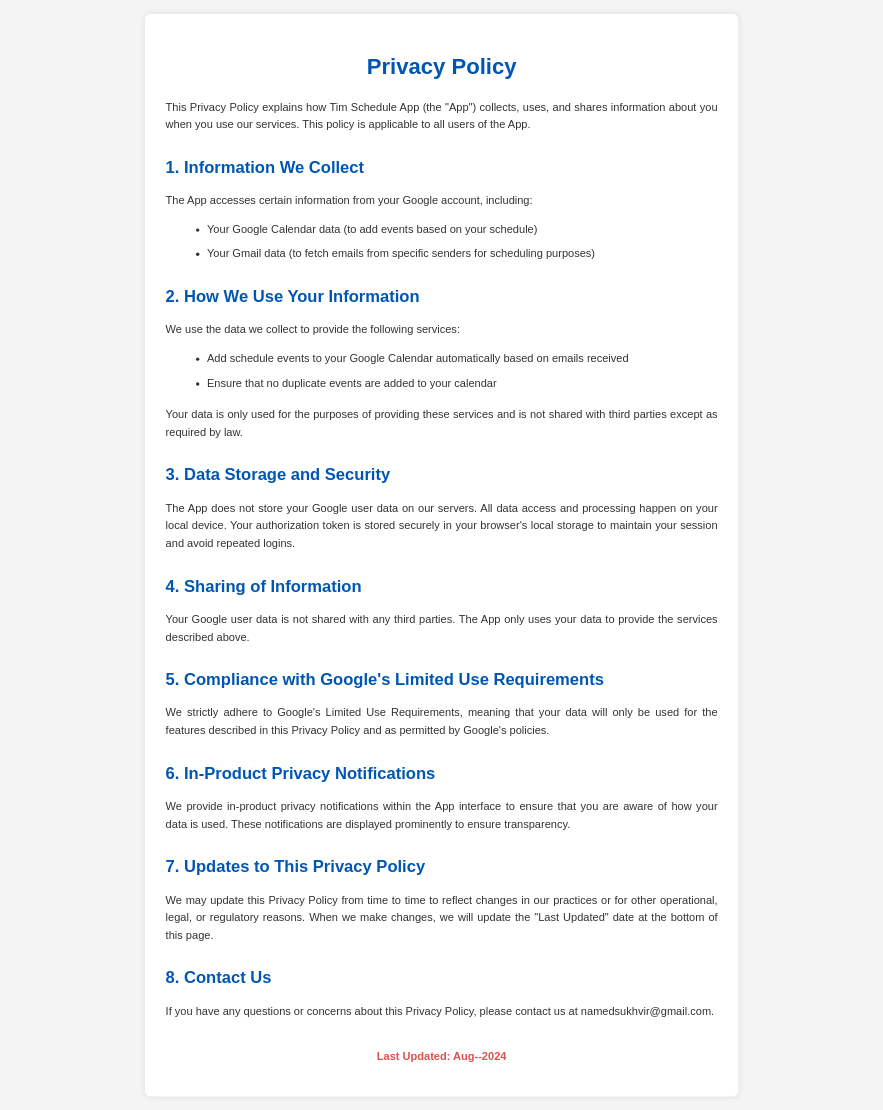
Repository: Sukhvir-Grewal/tim-schadule-app
Page: node_version/public/privacy-policy.html
The author's editor kept a copy of each file at every save. The page is drawn from the files as they stood at one save, then again after the next save.
The browser window is 1280 px wide. The pictures show the whole page, at 69% of full size.

Above is the page before, as saved 2024-08-15 01:53:43.

### node_version/public/privacy-policy.html
<!DOCTYPE html>
<html lang="en">
<head>
    <meta charset="UTF-8">
    <meta name="viewport" content="width=device-width, initial-scale=1.0">
    <title>Privacy Policy</title>
    <style>
        body {
            font-family: 'Arial', sans-serif;
            background-color: #f4f4f4;
            color: #333;
            margin: 0;
            padding: 20px;
            line-height: 1.6;
        }
        h1, h2 {
            color: #0056b3;
            margin-bottom: 10px;
        }
        h1 {
            font-size: 2em;
            text-align: center;
            margin-bottom: 20px;
        }
        h2 {
            font-size: 1.5em;
            margin-top: 30px;
        }
        p {
            margin-bottom: 15px;
            text-align: justify;
        }
        ul {
            margin-bottom: 20px;
        }
        ul li {
            margin-left: 20px;
            margin-bottom: 10px;
        }
        .highlight {
            font-weight: bold;
            color: #d9534f;
            text-align: center;
            margin-top: 40px;
        }
        .container {
            max-width: 800px;
            margin: 0 auto;
            background-color: #fff;
            padding: 30px;
            border-radius: 8px;
            box-shadow: 0 0 10px rgba(0, 0, 0, 0.1);
        }
    </style>
</head>
<body>
    <div class="container">
        <h1>Privacy Policy</h1>
        <p>This Privacy Policy explains how Tim Schedule App (the "App") collects, uses, and shares information about you when you use our services. This policy is applicable to all users of the App.</p>

        <h2>1. Information We Collect</h2>
        <p>The App accesses certain information from your Google account, including:</p>
        <ul>
            <li>Your Google Calendar data (to add events based on your schedule)</li>
            <li>Your Gmail data (to fetch emails from specific senders for scheduling purposes)</li>
        </ul>

        <h2>2. How We Use Your Information</h2>
        <p>We use the data we collect to provide the following services:</p>
        <ul>
            <li>Add schedule events to your Google Calendar automatically based on emails received</li>
            <li>Ensure that no duplicate events are added to your calendar</li>
        </ul>
        <p>Your data is only used for the purposes of providing these services and is not shared with third parties except as required by law.</p>

        <h2>3. Data Storage and Security</h2>
        <p>The App does not store your Google user data on our servers. All data access and processing happen on your local device. Your authorization token is stored securely in your browser's local storage to maintain your session and avoid repeated logins.</p>

        <h2>4. Sharing of Information</h2>
        <p>Your Google user data is not shared with any third parties. The App only uses your data to provide the services described above.</p>

        <h2>5. Compliance with Google's Limited Use Requirements</h2>
        <p>We strictly adhere to Google's Limited Use Requirements, meaning that your data will only be used for the features described in this Privacy Policy and as permitted by Google's policies.</p>

        <h2>6. In-Product Privacy Notifications</h2>
        <p>We provide in-product privacy notifications within the App interface to ensure that you are aware of how your data is used. These notifications are displayed prominently to ensure transparency.</p>

        <h2>7. Updates to This Privacy Policy</h2>
        <p>We may update this Privacy Policy from time to time to reflect changes in our practices or for other operational, legal, or regulatory reasons. When we make changes, we will update the "Last Updated" date at the bottom of this page.</p>

        <h2>8. Contact Us</h2>
        <p>If you have any questions or concerns about this Privacy Policy, please contact us at namedsukhvir@gmail.com.</p>

        <p class="highlight">Last Updated: Aug--2024</p>
    </div>
</body>
</html>

After the next save:
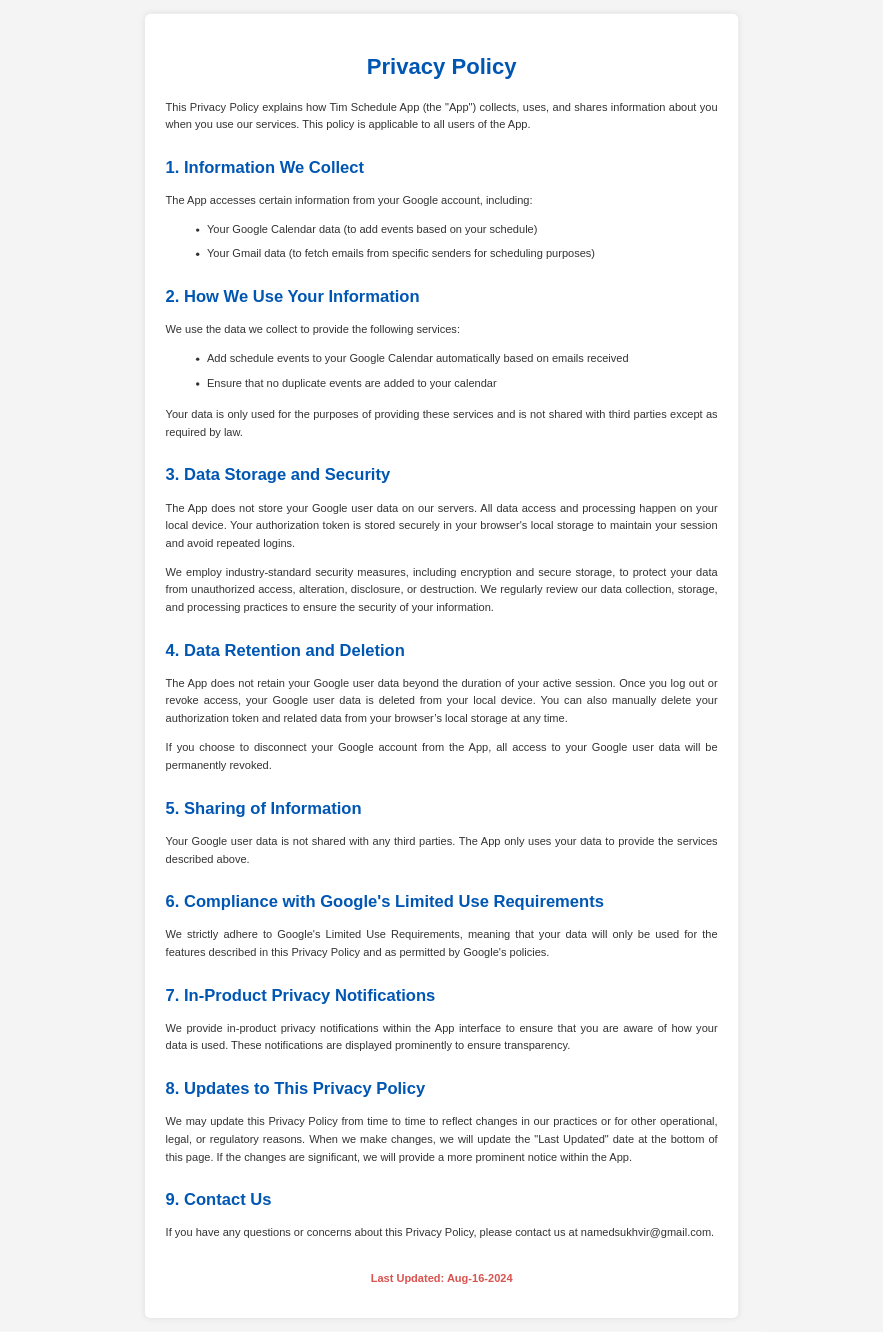
Saved 47 h 50 min later.
--- a/node_version/public/privacy-policy.html
+++ b/node_version/public/privacy-policy.html
@@ -75,23 +75,29 @@
 
         <h2>3. Data Storage and Security</h2>
         <p>The App does not store your Google user data on our servers. All data access and processing happen on your local device. Your authorization token is stored securely in your browser's local storage to maintain your session and avoid repeated logins.</p>
+        <p>We employ industry-standard security measures, including encryption and secure storage, to protect your data from unauthorized access, alteration, disclosure, or destruction. We regularly review our data collection, storage, and processing practices to ensure the security of your information.</p>
 
-        <h2>4. Sharing of Information</h2>
+        <h2>4. Data Retention and Deletion</h2>
+        <p>The App does not retain your Google user data beyond the duration of your active session. Once you log out or revoke access, your Google user data is deleted from your local device. You can also manually delete your authorization token and related data from your browser’s local storage at any time.</p>
+        <p>If you choose to disconnect your Google account from the App, all access to your Google user data will be permanently revoked.</p>
+
+        <h2>5. Sharing of Information</h2>
         <p>Your Google user data is not shared with any third parties. The App only uses your data to provide the services described above.</p>
 
-        <h2>5. Compliance with Google's Limited Use Requirements</h2>
+        <h2>6. Compliance with Google's Limited Use Requirements</h2>
         <p>We strictly adhere to Google's Limited Use Requirements, meaning that your data will only be used for the features described in this Privacy Policy and as permitted by Google's policies.</p>
 
-        <h2>6. In-Product Privacy Notifications</h2>
+        <h2>7. In-Product Privacy Notifications</h2>
         <p>We provide in-product privacy notifications within the App interface to ensure that you are aware of how your data is used. These notifications are displayed prominently to ensure transparency.</p>
 
-        <h2>7. Updates to This Privacy Policy</h2>
-        <p>We may update this Privacy Policy from time to time to reflect changes in our practices or for other operational, legal, or regulatory reasons. When we make changes, we will update the "Last Updated" date at the bottom of this page.</p>
+        <h2>8. Updates to This Privacy Policy</h2>
+        <p>We may update this Privacy Policy from time to time to reflect changes in our practices or for other operational, legal, or regulatory reasons. When we make changes, we will update the "Last Updated" date at the bottom of this page. If the changes are significant, we will provide a more prominent notice within the App.</p>
 
-        <h2>8. Contact Us</h2>
+        <h2>9. Contact Us</h2>
         <p>If you have any questions or concerns about this Privacy Policy, please contact us at namedsukhvir@gmail.com.</p>
 
-        <p class="highlight">Last Updated: Aug--2024</p>
+        <p class="highlight">Last Updated: Aug-16-2024</p>
     </div>
+
 </body>
 </html>

After the save that followed:
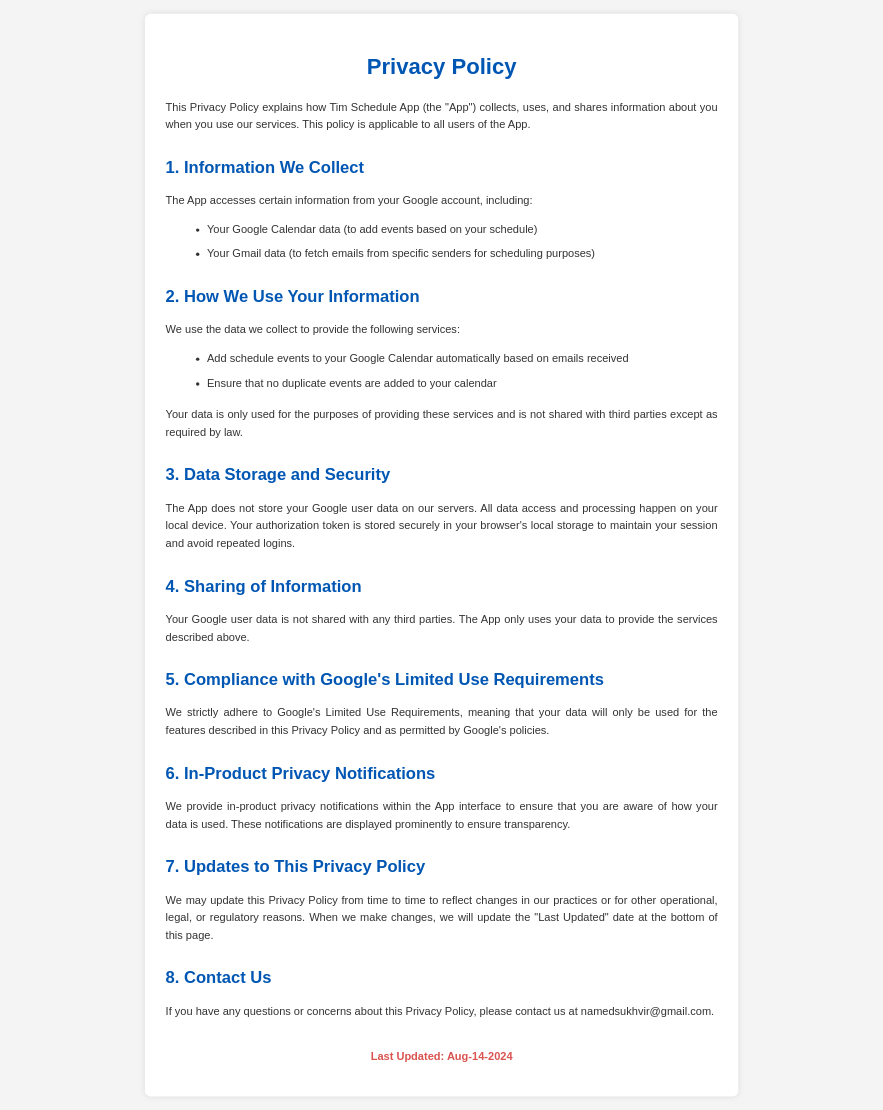
Saved 8 s later.
--- a/node_version/public/privacy-policy.html
+++ b/node_version/public/privacy-policy.html
@@ -75,29 +75,23 @@
 
         <h2>3. Data Storage and Security</h2>
         <p>The App does not store your Google user data on our servers. All data access and processing happen on your local device. Your authorization token is stored securely in your browser's local storage to maintain your session and avoid repeated logins.</p>
-        <p>We employ industry-standard security measures, including encryption and secure storage, to protect your data from unauthorized access, alteration, disclosure, or destruction. We regularly review our data collection, storage, and processing practices to ensure the security of your information.</p>
 
-        <h2>4. Data Retention and Deletion</h2>
-        <p>The App does not retain your Google user data beyond the duration of your active session. Once you log out or revoke access, your Google user data is deleted from your local device. You can also manually delete your authorization token and related data from your browser’s local storage at any time.</p>
-        <p>If you choose to disconnect your Google account from the App, all access to your Google user data will be permanently revoked.</p>
-
-        <h2>5. Sharing of Information</h2>
+        <h2>4. Sharing of Information</h2>
         <p>Your Google user data is not shared with any third parties. The App only uses your data to provide the services described above.</p>
 
-        <h2>6. Compliance with Google's Limited Use Requirements</h2>
+        <h2>5. Compliance with Google's Limited Use Requirements</h2>
         <p>We strictly adhere to Google's Limited Use Requirements, meaning that your data will only be used for the features described in this Privacy Policy and as permitted by Google's policies.</p>
 
-        <h2>7. In-Product Privacy Notifications</h2>
+        <h2>6. In-Product Privacy Notifications</h2>
         <p>We provide in-product privacy notifications within the App interface to ensure that you are aware of how your data is used. These notifications are displayed prominently to ensure transparency.</p>
 
-        <h2>8. Updates to This Privacy Policy</h2>
-        <p>We may update this Privacy Policy from time to time to reflect changes in our practices or for other operational, legal, or regulatory reasons. When we make changes, we will update the "Last Updated" date at the bottom of this page. If the changes are significant, we will provide a more prominent notice within the App.</p>
+        <h2>7. Updates to This Privacy Policy</h2>
+        <p>We may update this Privacy Policy from time to time to reflect changes in our practices or for other operational, legal, or regulatory reasons. When we make changes, we will update the "Last Updated" date at the bottom of this page.</p>
 
-        <h2>9. Contact Us</h2>
+        <h2>8. Contact Us</h2>
         <p>If you have any questions or concerns about this Privacy Policy, please contact us at namedsukhvir@gmail.com.</p>
 
-        <p class="highlight">Last Updated: Aug-16-2024</p>
+        <p class="highlight">Last Updated: Aug-14-2024</p>
     </div>
-
 </body>
 </html>
